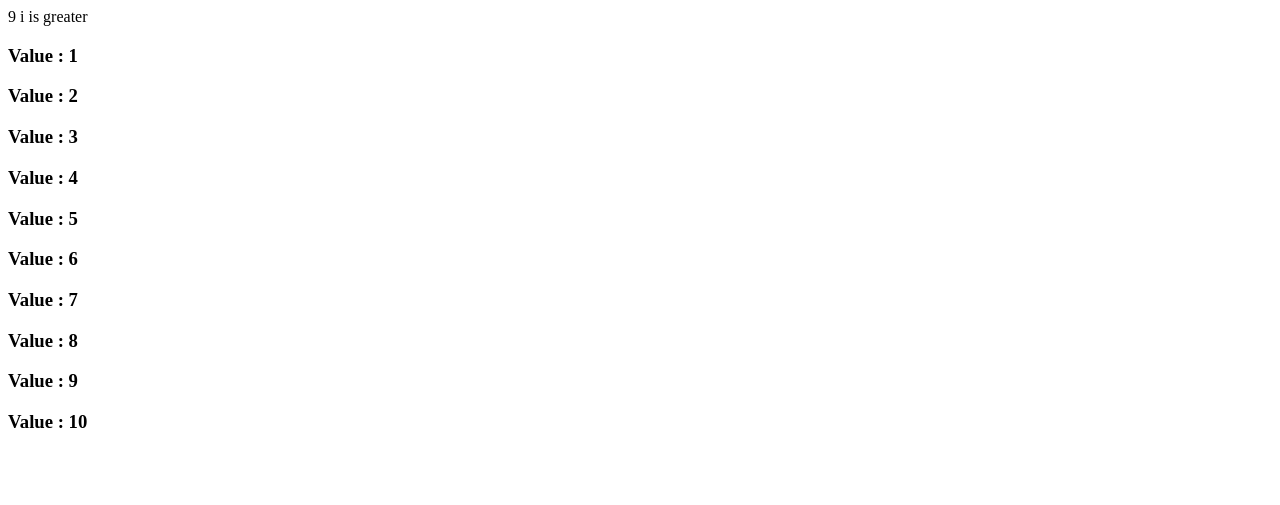
Repository: yash112021/Cdac_lab_Work
Page: http://localhost/JSTL_LIBRARY/Coretags.jsp
An editor plug-in stored every save of this project. The page is shown before and after the next save, followed by the edit.
The browser window is 1280 px wide. The pictures show the whole page.
The page is served by Tomcat 9. The template is opened directly, without the code that normally fills it, so the values that code supplies are empty.

Above is the page before, as saved 2025-11-28 21:49:23.

After the next save:
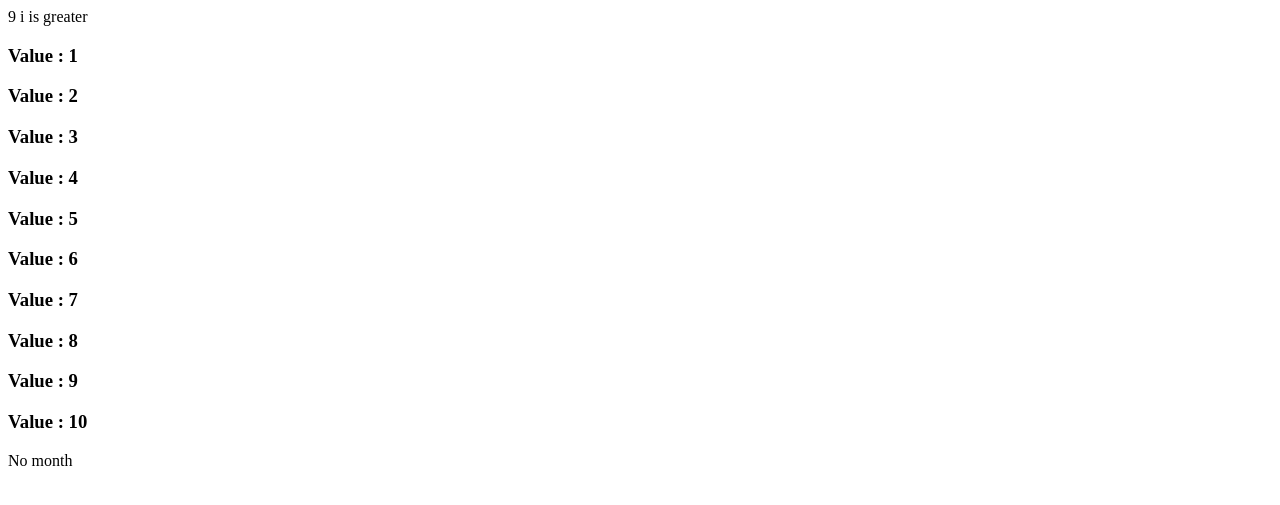
Saved 41 s later.
--- a/250845920104_Advance_java/Day8_28_11_25/Day7_28_11_25/JSTL_LIBRARY/src/main/webapp/Coretags.jsp
+++ b/250845920104_Advance_java/Day8_28_11_25/Day7_28_11_25/JSTL_LIBRARY/src/main/webapp/Coretags.jsp
@@ -27,6 +27,7 @@
 		<c:when test="${i==1}">JANUARY </c:when>
 		<c:when test="${i==2}">FEB</c:when>
 		<c:when test="${i==3}">MARCH  </c:when>
+		<c:otherwise> No month</c:otherwise>
 
 	</c:choose>
 
